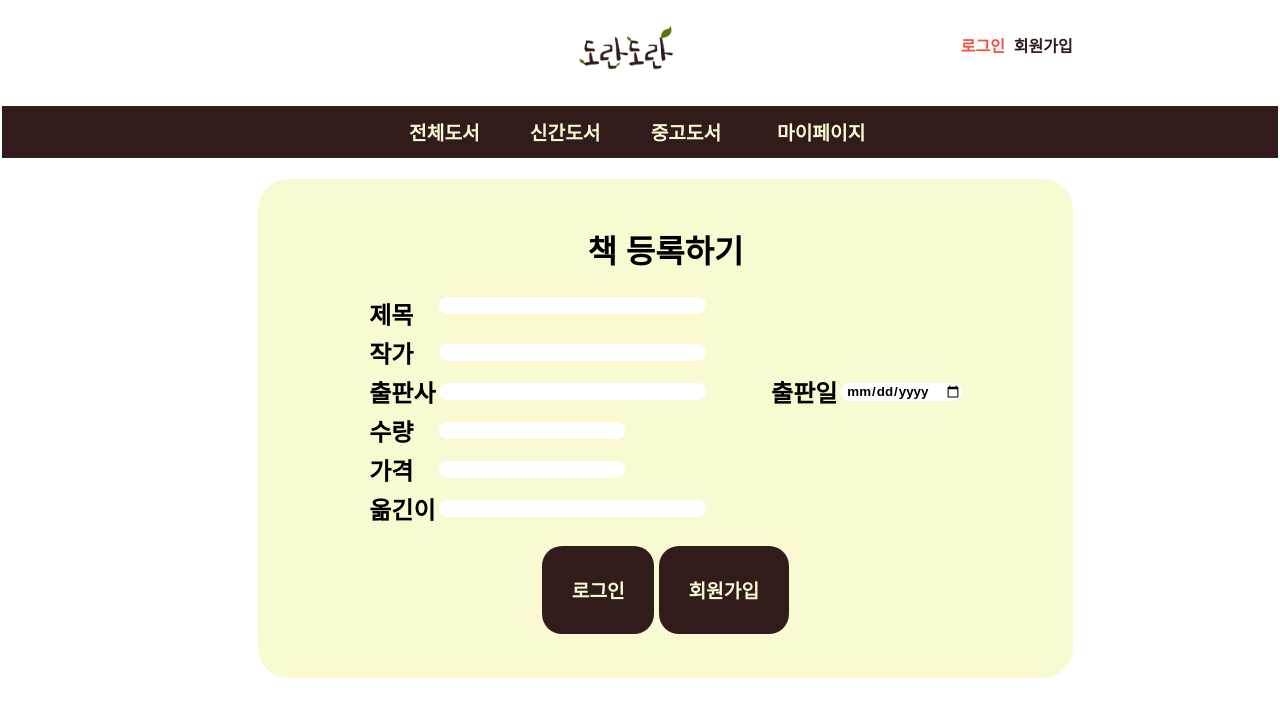
Repository: juhyun110701/DORANDORAN
Page: http://localhost/dorandoran/bookEnroll.jsp
An editor plug-in stored every save of this project. The page is shown before and after the next save, followed by the edit.
The browser window is 1280 px wide. The pictures show the whole page.
Some web fonts or font styles are not loaded; a fallback is used. The page is served by Tomcat 9.

Above is the page before, as saved 2019-07-30 13:56:25.

After the next save:
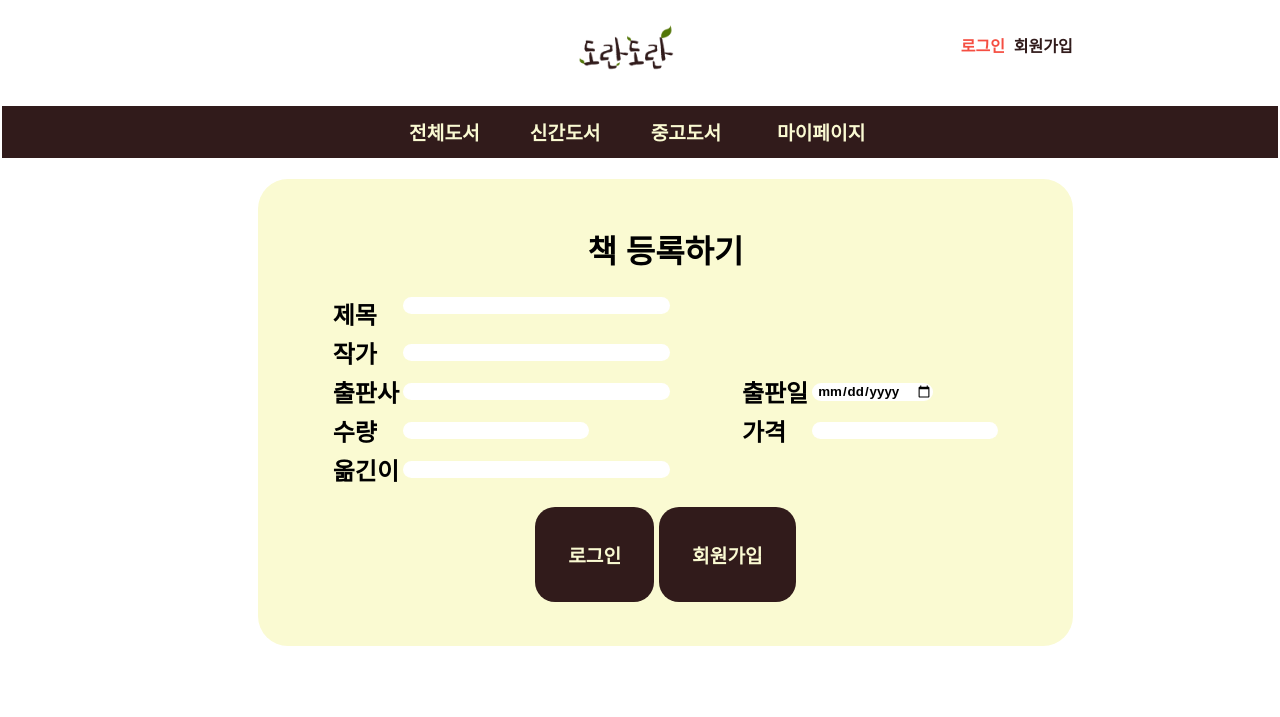
Saved 61 s later.
--- a/dorandoran/WebContent/bookEnroll.jsp
+++ b/dorandoran/WebContent/bookEnroll.jsp
@@ -52,15 +52,14 @@
                             <td>
                                 <font size="5%">수량</font>
                             </td>
-                            <td  colspan=4>
+                            <td>
                                 <input type="number" name="stock" class="text" size=30>
                             </td>
-                       </tr>
-                       <tr>
+                       		<td width="10%"></td>
                             <td>
                                 <font size="5%">가격</font>
                             </td>
-                            <td  colspan=4>
+                            <td>
                                 <input type="number" name="price" class="text" size=30>
                             </td>
                        </tr>
